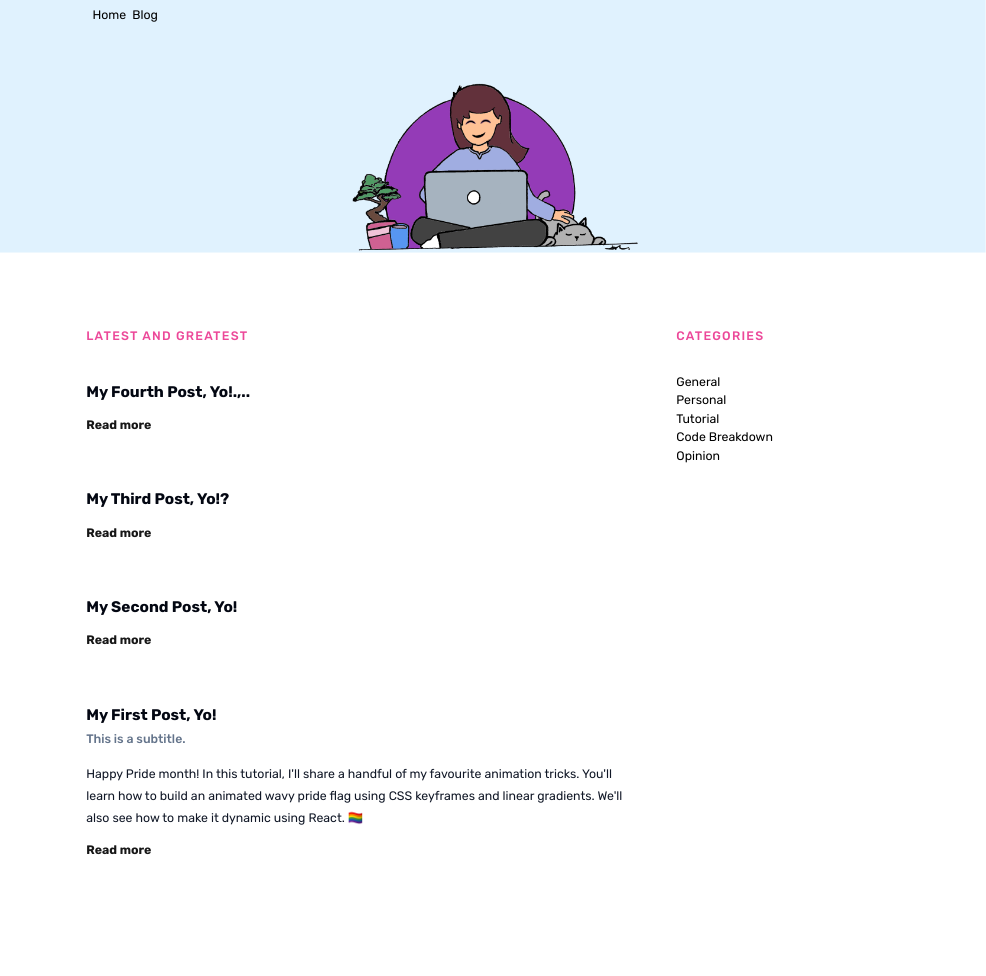
Repository: Risclover/markdown-blog
Page: /
The author's editor kept a copy of each file at every save. The page is drawn from the files as they stood at one save, then again after a run of saves.
The browser window is 1280 px wide. The pictures show the whole page, at 77% of full size.
The project was rebuilt for these pictures with package versions that can differ from the ones it lists, and the page was loaded fresh each time. Also part of the build but not shown: src/ErrorBoundary.js, src/pages/PostPage/PostPage.js.

Above is the page before, as saved 2023-06-30 00:29:31.

### src/index.js
import React from "react";
import ReactDOM from "react-dom/client";
import { createBrowserRouter, RouterProvider } from "react-router-dom";
import "./fonts/wotfard-cufonfonts-webfont/style.css";
import postList from "./posts.json";

import "./index.css";
import App from "./App";
import ErrorPage from "./ErrorBoundary";
import PostPage from "./pages/PostPage/PostPage";
import Home from "./pages/Home/Home";
import ErrorBoundary from "./ErrorBoundary";

const router = createBrowserRouter([
  {
    path: "/",
    element: <App />,
    children: [
      {
        path: "/",
        element: <Home />,
        errorElement: <ErrorPage />,
      },
      {
        path: "/posts/:id",
        element: <PostPage postList={postList} />,
        errorElement: <ErrorBoundary />,
      },
    ],
  },
]);

const root = ReactDOM.createRoot(document.getElementById("root"));
root.render(
  <React.StrictMode>
    <RouterProvider router={router} />
  </React.StrictMode>
);

### src/fonts/wotfard-cufonfonts-webfont/style.css
/* #### Generated By: http://www.cufonfonts.com #### */

    @font-face {
    font-family: 'Wotfard Regular';
    font-style: normal;
    font-weight: normal;
    src: local('Wotfard Regular'), url('Wotfard-Regular.woff') format('woff');
    }

### src/posts.json
[{"id":4,"title":"My Third Post, Yo!?","subtitle":"No subtitle given","description":"No description given","author":"Dave Jones","date":"December 13, 2019","timestamp":1576224000,"content":"\nWelcome to My Blog. _It's a beautiful thing._ I hope you'll have as much fun reading my posts as I have writing them. Well, before we go any further, allow me to introduce myself. I'm Dave Jones. I'm 34, and from Montreal, Canada.\n"},{"id":3,"title":"My Second Post, Yo!","subtitle":"No subtitle given","description":"No description given","author":"Dave Jones","date":"December 11, 2019","timestamp":1576051200,"content":"\nWelcome to My Blog. _It's a beautiful thing._ I hope you'll have as much fun reading my posts as I have writing them. Well, before we go any further, allow me to introduce myself. I'm Dave Jones. I'm 34, and from Montreal, Canada.\n"},{"id":2,"title":"My Fourth Post, Yo!.,..","subtitle":"No subtitle given","description":"No description given","author":"Dave Jones","date":"December 16, 2019","timestamp":1576483200,"content":"\nWelcome to My Blog. _It's a beautiful thing._ I hope you'll have as much fun reading my posts as I have writing them. Well, before we go any further, allow me to introduce myself. I'm Dave Jones. I'm 34, and from Montreal, Canada.\n"},{"id":1,"title":"My First Post, Yo!","subtitle":"This is a subtitle.","description":"Happy Pride month! In this tutorial, I'll share a handful of my favourite animation tricks. You'll learn how to build an animated wavy pride flag using CSS keyframes and linear gradients. We'll also see how to make it dynamic using React. 🏳️‍🌈","author":"Dave Jones","date":"December 11, 2019","timestamp":1576051200,"content":"\nWelcome to My Blog. _It's a beautiful thing._ I hope you'll have as much fun reading my posts as I have writing them. Well, before we go any further, allow me to introduce myself. I'm Dave Jones. I'm 34, and from Montreal, Canada.\n"}]

### src/index.css
/* Importing the Rubik font from Google Fonts */

@import url("https://fonts.googleapis.com/css2?family=Rubik:ital,wght@0,300;0,400;0,500;0,600;0,700;0,800;0,900;1,300;1,400;1,500;1,600;1,700;1,800;1,900&display=swap");

### src/App.js
import "./App.css";
import { Outlet, Route, Routes } from "react-router-dom";
import Home from "./pages/Home/Home";
import NavBar from "./components/NavBar";
import Header from "./components/Header";
import HomeHeader from "./components/HomeHeader";
import postList from "./posts.json";

function App() {
  return (
    <div className="bg-white-100 min-h-screen">
      <Header>
        <NavBar />
        <HomeHeader />
      </Header>
      <div className="m-auto">
        <Outlet />
      </div>
    </div>
  );
}

export default App;

### src/pages/Home/Home.js
import React, { useEffect } from "react";
import postList from "../../posts.json";
import BlogPost from "../../components/BlogPost";
import { Link } from "react-router-dom";
import Categories from "./Categories";

export default function Home() {
  console.log(postList);

  postList.sort((a, b) => {
    let aPost = a.timestamp;
    let bPost = b.timestamp;

    return bPost - aPost;
  });

  return (
    <main className="container px-12 py-24 font-sans mx-auto max-w-6xl w-full flex">
      <section className="mr-16">
        <h2 className="uppercase text-base font-medium tracking-widest text-pink-500 mb-9">
          Latest and Greatest
        </h2>
        <div className="grid grid-cols-1 gap-1 grid-flow-row ">
          {postList.map((post) => (
            <Link to={`/posts/${post.id}`}>
              <BlogPost post={post} />
            </Link>
          ))}
        </div>
      </section>
      <Categories />
    </main>
  );
}

### src/components/NavBar.js
import React from "react";
import { Link } from "react-router-dom";

export default function NavBar() {
  return (
    <div className="py-2">
      <ul className="flex">
        <li className="mx-2">
          <Link to={"/"}>Home</Link>
        </li>
        <li>Blog</li>
      </ul>
    </div>
  );
}

### src/components/Header.js
import React from "react";

export default function Header({ children }) {
  return (
    <header className="w-full bg-sky-100 flex flex-col">
      <div className="max-w-6xl px-12 w-full mx-auto">{children}</div>
    </header>
  );
}

### src/components/HomeHeader.js
import React from "react";
import Avatar from "../images/avatar.png";
export default function HomeHeader() {
  return (
    <div className="h-72 flex flex-col justify-end">
      <div>
        <img className="w-96 m-auto" src={Avatar} />
      </div>
    </div>
  );
}

### src/components/BlogPost.js
import React from "react";
import { HiMiniArrowRight } from "react-icons/hi2";

export default function BlogPost({ post }) {
  return (
    <div
      key={post.id}
      className="container py-2 bg-white mb-12 group cursor-pointer"
    >
      <h3 className="text-xl font-bold leading-8 text-gray-950 group-hover:text-violet-600">
        {post.title}
      </h3>
      {post.subtitle !== "No subtitle given" && (
        <div className="text-slate-500 text-base leading-8 font-medium">
          {post.subtitle}
        </div>
      )}
      {post.description !== "No description given" && (
        <div className="mt-4 font-normal text-gray-900 text-base leading-7">
          {post.description}
        </div>
      )}
      <div className="mt-4 font-bold text-neutral-900 text-base flex items-center">
        <span className="mr-1">Read more</span>{" "}
        <span className="text-lg text-violet-600 hidden group-hover:block">
          <HiMiniArrowRight />
        </span>
      </div>
    </div>
  );
}

### src/pages/Home/Categories.js
import React from "react";

export default function Categories() {
  return (
    <section className="w-3/6">
      <h2 className="uppercase text-base font-medium tracking-widest text-pink-500 mb-9">
        Categories
      </h2>{" "}
      <ul>
        <li>General</li>
        <li>Personal</li>
        <li>Tutorial</li>
        <li>Code Breakdown</li>
        <li>Opinion</li>
      </ul>
    </section>
  );
}

### tailwind.config.js
/** @type {import('tailwindcss').Config} */
module.exports = {
  content: [
    "./app/**/*.{js,ts,jsx,tsx,mdx}",
    "./pages/**/*.{js,ts,jsx,tsx,mdx}",
    "./components/**/*.{js,ts,jsx,tsx,mdx}",

    // Or if using `src` directory:
    "./src/**/*.{js,ts,jsx,tsx,mdx}",
  ],
  theme: {
    fontFamily: {
      sans: ["Rubik", "sans-serif"],
    },
    extend: {},
  },
  plugins: [],
};

### src/components/PostHeader.js
import React from "react";

export default function PostHeader() {
  return (
    <div className="h-72 flex flex-col justify-end">
      <div>Testing post header</div>
    </div>
  );
}

Loaded but not shown: public/index.html (common file); src/App.css (common file)

After the next 2 saves:
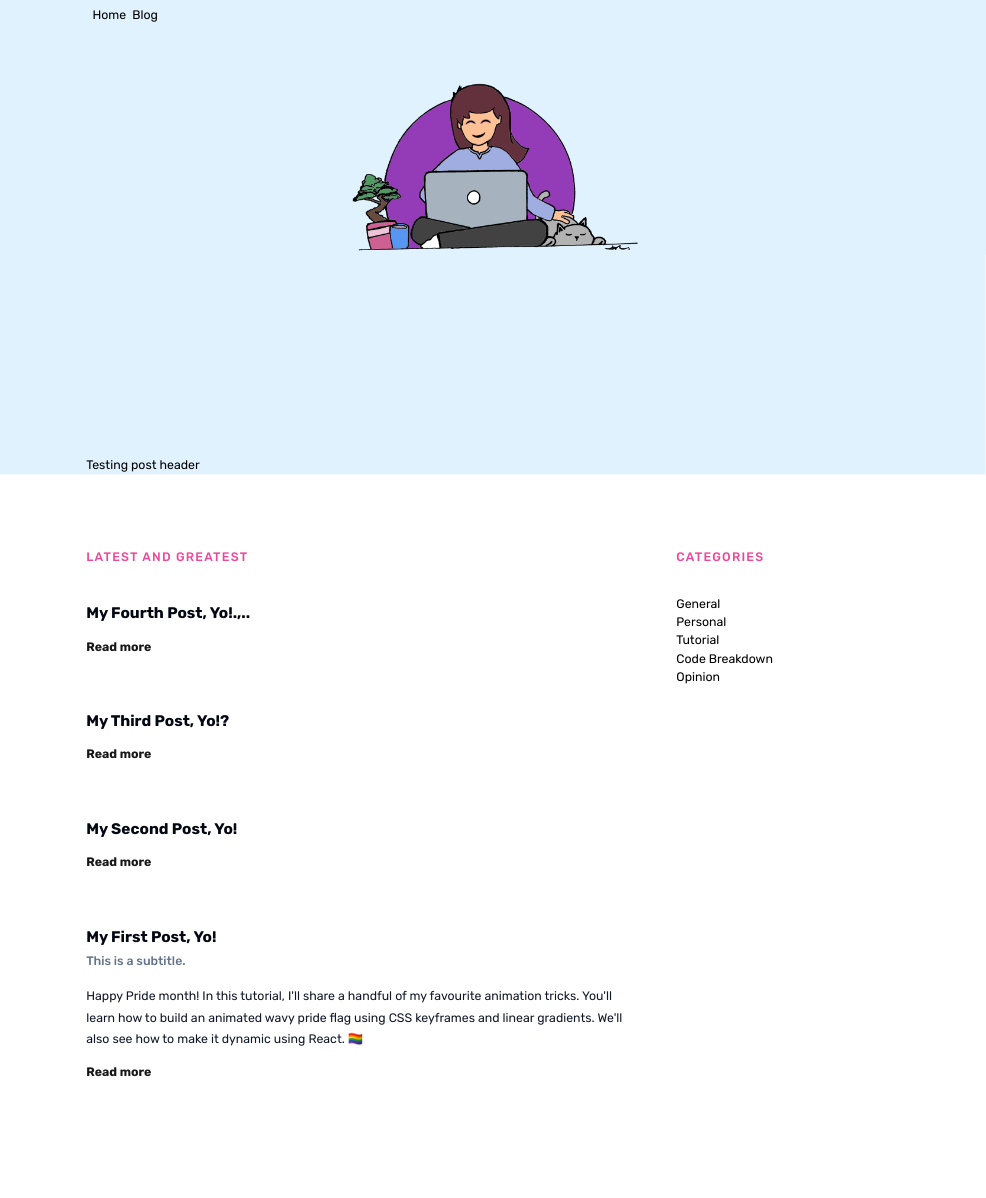
The 2 saves are shown as one change because they came seconds apart.
The last was saved 19 s later.
--- a/src/App.js
+++ b/src/App.js
@@ -5,6 +5,7 @@ import NavBar from "./components/NavBar";
 import Header from "./components/Header";
 import HomeHeader from "./components/HomeHeader";
 import postList from "./posts.json";
+import PostHeader from "./components/PostHeader";
 
 function App() {
   return (
@@ -12,6 +13,7 @@ function App() {
       <Header>
         <NavBar />
         <HomeHeader />
+        <PostHeader />
       </Header>
       <div className="m-auto">
         <Outlet />
